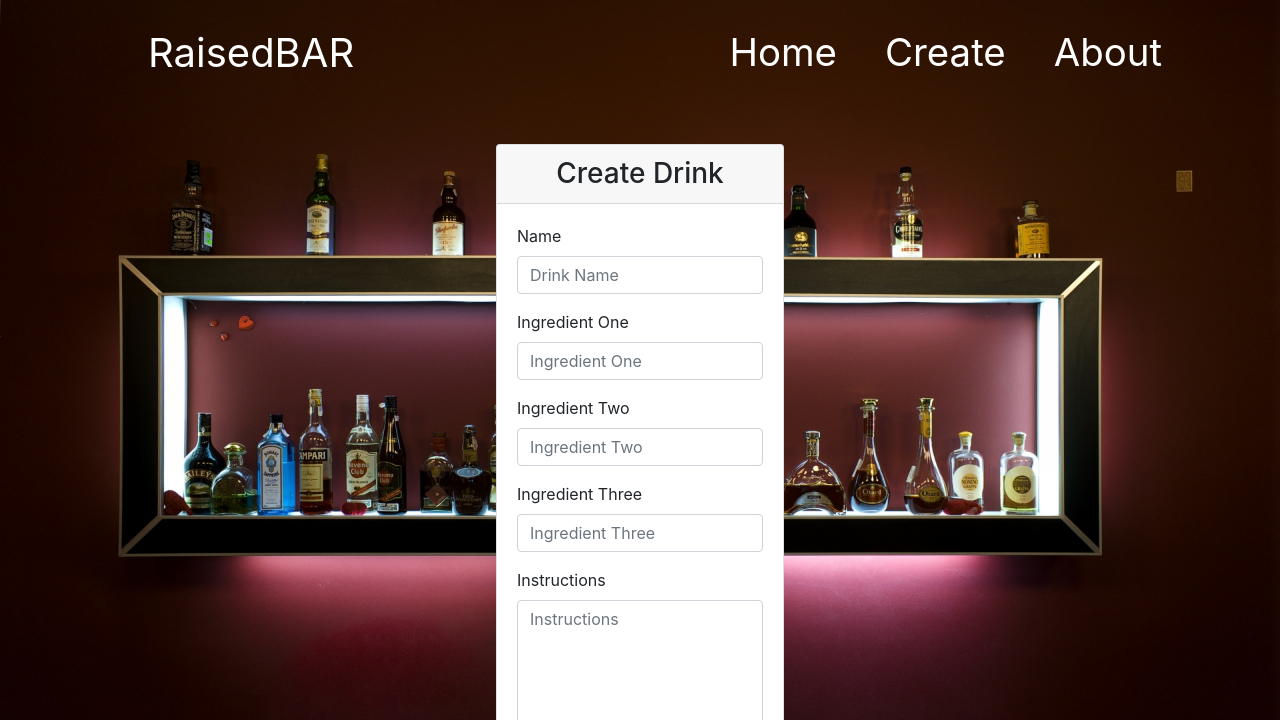
Repository: Ianodad/RaisedBar
Page: /create-drink
An editor plug-in stored every save of this project. The page is shown before and after the next save, followed by the edit.
The browser window is 1280 px wide. The pictures show the whole page.
The project was rebuilt for these pictures with package versions that can differ from the ones it lists, and the page was loaded fresh each time. Also part of the build but not shown: src/api/client.js, src/api/cocktaildb.js, src/component/Search/index.js, src/component/Common/Button/Button.js, src/pages/Home.css, src/component/Common/showCard/Card.css, src/component/Common/showCard/Card.js, src/component/CollectionView/index.js and 4 more.

Above is the page before, as saved 2021-02-02 09:35:23.

### src/index.js
import React from 'react';
import ReactDOM from 'react-dom';
import App from './App';
import reportWebVitals from './reportWebVitals';

import { BrowserRouter } from "react-router-dom";
// import 'bootstrap/dist/css/bootstrap.min.css';
import 'bootstrap/dist/css/bootstrap.min.css';




ReactDOM.render(
  <BrowserRouter>
    <App />
  </BrowserRouter>,
  document.getElementById('root')
);

// If you want to start measuring performance in your app, pass a function
// to log results (for example: reportWebVitals(console.log))
// or send to an analytics endpoint. Learn more: https://bit.ly/CRA-vitals
reportWebVitals();

### src/App.js
import {Route, Switch, Redirect } from "react-router-dom";
import React, { Component } from "react";

import Home from "./pages/Home";
import Details from "./pages/Details";
import CreateDrink from "./pages/CreateDrink";
import SearchPage from "./pages/SearchPage";


import NotFound from "./pages/NotFound";
import Navbar from "./component/Navbar";


class App extends Component {
  render() {
    return (
      <React.Fragment>
       {/* <Navbar/> */}
        <Switch>
					<Route path='/' exact component={Home} />
					<Route exact path='/details/:id' component={Details}/>
          <Route exact path='/create-drink' component={CreateDrink}/>
          <Route exact path='/search' component={SearchPage}/>
					<Route path='/notFound' component={NotFound} />
					<Redirect to='/notFound' />
				</Switch>
     </React.Fragment>
    )
  }
}

export default App

### src/pages/CreateDrink.js
import React, { Component } from "react";
import Layout from "../component/Layout/index";
import { Formik } from "formik";
import firebase from '../firebase'
import nextId from "react-id-generator";


import * as Yup from 'yup';


const validationSchema = Yup.object().shape({
  drinkName : Yup.string()
    .required()
    .email("well that's not an email")

});

class CreateDrink extends Component {

  componentDidMount = async()=>{

    return firebase.firestore().collection("Cocktail")
      .doc("DrinksCreated")
      .set({
        timecreate: firebase.firestore.FieldValue.serverTimestamp(),
        drinkName:'coke',
        ingredient1: "water",
        ingredient2: 'ice',
        ingredient3: "sugar",
        instructions:"mix all together"
      })
      .then(function () {
        console.log("Document successfully written!");
      })
      .catch(function (error) {
        console.error("Error writing document: ", error);
      });

  }

    handleCreateDrink = ({drinkName, ingredient1, ingredient2, ingredient3, instructions}) => {
      console.log(drinkName, ingredient1, ingredient2, ingredient3, instructions)
     return firebase.firestore().collection("Cocktail")
      .doc(drinkName)
      .set({
        idDrink:  nextId(),
        timeCreate: firebase.firestore.FieldValue.serverTimestamp(),
        drinkName: drinkName,
        ingredient1: ingredient1,
        ingredient2: ingredient2,
        ingredient3: ingredient3,
        instructions: instructions
      })
      .then(function () {
        console.log("Document successfully written!");
        window.location = "/";
      })
      .catch(function (error) {
        console.error("Error writing document: ", error);
      });

    };
  render() {
    return (
      <Layout className="container-fluid h-100">
        <div
          className="card card-outline-secondary mx-auto"
          style={{ top: "20%", width:"18em" }}
        >
          <div className="card-header">
            <h3 className="mb-0 text-center">Create Drink</h3>
          </div>
          <div className="card-body mx-auto" >
            <Formik
              initialValues={{
                drinkName: "",
                ingredient1: "",
                ingredient2: "",
                ingredient3: "",
                file:"",
                instructions: "",
              }}
              validate={this.validationSchema}
              onSubmit={(values) => {
                this.handleCreateDrink(values);
              }}
            >
              {({
                values,
                handleChange,
                handleBlur,
                handleSubmit,
                isSubmitting,
              }) => (
                <form
                  className="form"
                  role="form"
                  autoComplete="off"
                  onSubmit={handleSubmit}
                >
                  <div className="form-group">
                    <label htmlFor="inputName">Name</label>
                    <input
                      type="text"
                      name="drinkName"
                      onChange={handleChange("drinkName")}
                      onBlur={handleBlur}
                      // value={values.drinkName}
                      className="form-control"
                      id="drinkName"
                      placeholder="Drink Name"
                    />
                  </div>
                  <div className="form-group">
                    <label htmlFor="ingredient1">Ingredient One</label>
                    <input
                      type="text"
                      className="form-control"
                      onChange={handleChange("ingredient1")}
                      // value={values.ingredient1}
                      onBlur={handleBlur}
                      id="ingredient1"
                      placeholder="Ingredient One"
                      required
                    />
                  </div>
                  <div className="form-group">
                    <label htmlFor="ingredient2">Ingredient Two</label>
                    <input
                      type="text"
                      className="form-control"
                      // value={values.ingredient2}
                      onChange={handleChange("ingredient2")}
                      onBlur={handleBlur}
                      id="ingredient2"
                      placeholder="Ingredient Two"
                      required
                    />
                  </div>
                  <div className="form-group">
                    <label htmlFor="ingredient3">Ingredient Three</label>
                    <input
                      type="text"
                      className="form-control"
                      // value={values.ingredient3}
                      onChange={handleChange("ingredient3")}
                      onBlur={handleBlur}
                      id="ingredient3"
                      placeholder="Ingredient Three"
                      required
                    />
                  </div>
                  {/* <div className="form-group">
                    <label for="file">File upload</label>
                    <input
                      id="file"
                      name="file"
                      type="file"
                      onChange={handleChange("file")}
                      className="form-control"
                    />
                  </div> */}
                  <div className="form-group">
                    <label htmlFor="instructions">Instructions</label>
                    <textarea
                      type="text"
                      className="form-control"
                      // value={values.instructions}
                      onChange={handleChange("instructions")}
                      id="instructions"
                      placeholder="Instructions"
                      rows="5"
                      required
                    />
                  </div>
                  <div className="form-group">
                    <button
                      type="submit"
                      className="btn btn-success btn-lg mx-auto"
                    >
                      Create Drink
                    </button>
                  </div>
                </form>
              )}
            </Formik>
          </div>
        </div>
      </Layout>
    );
  }
}

export default CreateDrink;

### src/component/Navbar/index.js
import React, { Component } from 'react'
import { NavLink } from "react-router-dom";

import "./Navbar.css";




class index extends Component {
    render() {
        return (
          <nav className="nav">
            <div className="container">
              <div className="logo">
                <a href="#" style={{color:"white"}}>RaisedBAR</a>
              </div>
              <div id="mainListDiv" className="main_list">
                <ul className="navlinks">
                  <li>
                    <NavLink active to="/">
                        Home
                    </NavLink>
                  </li>
                  <li>
                    <NavLink to="/create-drink">
                        Create
                    </NavLink>
                  </li>
                  <li>
                    <NavLink to="/about">
                       About
                    </NavLink>
                  </li>
                </ul>
              </div>
              <span className="navTrigger">
                <i />
                <i />
                <i />
              </span>
            </div>
          </nav>
        );
    }
}

export default index

### src/component/Layout/index.js
import React, { Component } from 'react'
import "./Layout.css";
import Navbar from "../Navbar";


class index extends Component {
    render() {
        const {className, style, }= this.props
        return (
            <div className={className} style={{style}} id="main-body">
                <Navbar/>
                {this.props.children}
            </div>
        )
    }
}

export default index

### src/firebase.js
import firebase from 'firebase'

import 'firebase/firestore'

const firebaseConfig = {
    apiKey: process.env.REACT_APP_FIREBASE_API_KEY,
    authDomain: process.env.REACT_APP_FIREBASE_AUTH_DOMAIN,
    projectId: process.env.REACT_APP_FIREBASE_PROJECT_ID,
    storageBucket: process.env.REACT_APP_FIREBASE_STORAGE_BUCKET,
    messagingSenderId: process.env.REACT_APP_FIREBASE_MASSAGING_SENDER_ID,
    appId: process.env.REACT_APP_FIREBASE_APP_ID,
    measurementId: process.env.REACT_APP_FIREBASE_MEASUREMENT_ID
  };


firebase.initializeApp(firebaseConfig);

export default firebase;

### src/component/Navbar/Navbar.css
@import url('https://fonts.googleapis.com/css?family=Quicksand:400,500,700');

.nav {
    width: 100%;
    height: 65px;
    position: fixed;
    line-height: 65px;
    text-align: center;
}

.nav div.logo {
    float: left;
    width: auto;
    height: auto;
    padding-left: 3rem;
}

.nav div.logo a {
    text-decoration: none;
    color: black;
    font-size: 2.5rem;
}

.nav div.logo a:hover {
    color: #e61b00;
}

.nav div.main_list {
    height: 65px;
    float: right;
}

.nav div.main_list ul {
    width: 100%;
    height: 65px;
    display: flex;
    list-style: none;
    margin: 0;
    padding: 0;
}

.nav div.main_list ul li {
    width: auto;
    height: 65px;
    padding: 0;
    padding-right: 3rem;
}

.nav div.main_list ul li a {
    text-decoration: none;
    color: rgb(255, 255, 255);
    line-height: 65px;
    font-size: 2.4rem;
}

.nav div.main_list ul li a:hover {
    color: #e62300;
}


.navTrigger {
    display: none;
}

.nav {
    padding-top: 20px;
    padding-bottom: 20px;
    -webkit-transition: all 0.4s ease;
    transition: all 0.4s ease;
}


/* Media qurey section */


@media screen and (max-width:768px) {
    .navTrigger {
        display: block;
    }
    .nav div.logo {
        margin-left: 15px;
    }
    .nav div.main_list {
        width: 100%;
        height: 0;
        overflow: hidden;
    }
    .nav div.show_list {
        height: auto;
        display: none;
    }
    .nav div.main_list ul {
        flex-direction: column;
        width: 100%;
        height: 100vh;
        right: 0;
        left: 0;
        bottom: 0;
        background-color: #111;
        /*same background color of navbar*/
        background-position: center top;
    }
    .nav div.main_list ul li {
        width: 100%;
        text-align: right;
    }
    .nav div.main_list ul li a {
        text-align: center;
        width: 100%;
        font-size: 3rem;
        padding: 20px;
    }
    .nav div.media_button {
        display: block;
    }
}


/* Animation */

.navTrigger {
    cursor: pointer;
    width: 30px;
    height: 25px;
    margin: auto;
    position: absolute;
    right: 30px;
    top: 0;
    bottom: 0;
}

.navTrigger i {
    background-color: #fff;
    border-radius: 2px;
    content: '';
    display: block;
    width: 100%;
    height: 4px;
}

.navTrigger i:nth-child(1) {
    -webkit-animation: outT 0.8s backwards;
    animation: outT 0.8s backwards;
    -webkit-animation-direction: reverse;
    animation-direction: reverse;
}

.navTrigger i:nth-child(2) {
    margin: 5px 0;
    -webkit-animation: outM 0.8s backwards;
    animation: outM 0.8s backwards;
    -webkit-animation-direction: reverse;
    animation-direction: reverse;
}

.navTrigger i:nth-child(3) {
    -webkit-animation: outBtm 0.8s backwards;
    animation: outBtm 0.8s backwards;
    -webkit-animation-direction: reverse;
    animation-direction: reverse;
}

.navTrigger.active i:nth-child(1) {
    -webkit-animation: inT 0.8s forwards;
    animation: inT 0.8s forwards;
}

.navTrigger.active i:nth-child(2) {
    -webkit-animation: inM 0.8s forwards;
    animation: inM 0.8s forwards;
}

.navTrigger.active i:nth-child(3) {
    -webkit-animation: inBtm 0.8s forwards;
    animation: inBtm 0.8s forwards;
}

@-webkit-keyframes inM {
    50% {
        -webkit-transform: rotate(0deg);
    }
    100% {
        -webkit-transform: rotate(45deg);
    }
}

@keyframes inM {
    50% {
        transform: rotate(0deg);
    }
    100% {
        transform: rotate(45deg);
    }
}

@-webkit-keyframes outM {
    50% {
        -webkit-transform: rotate(0deg);
    }
    100% {
        -webkit-transform: rotate(45deg);
    }
}

@keyframes outM {
    50% {
        transform: rotate(0deg);
    }
    100% {
        transform: rotate(45deg);
    }
}

@-webkit-keyframes inT {
    0% {
        -webkit-transform: translateY(0px) rotate(0deg);
    }
    50% {
        -webkit-transform: translateY(9px) rotate(0deg);
    }
    100% {
        -webkit-transform: translateY(9px) rotate(135deg);
    }
}

@keyframes inT {
    0% {
        transform: translateY(0px) rotate(0deg);
    }
    50% {
        transform: translateY(9px) rotate(0deg);
    }
    100% {
        transform: translateY(9px) rotate(135deg);
    }
}

@-webkit-keyframes outT {
    0% {
        -webkit-transform: translateY(0px) rotate(0deg);
    }
    50% {
        -webkit-transform: translateY(9px) rotate(0deg);
    }
    100% {
        -webkit-transform: translateY(9px) rotate(135deg);
    }
}

@keyframes outT {
    0% {
        transform: translateY(0px) rotate(0deg);
    }
    50% {
        transform: translateY(9px) rotate(0deg);
    }
    100% {
        transform: translateY(9px) rotate(135deg);
    }
}

@-webkit-keyframes inBtm {
    0% {
        -webkit-transform: translateY(0px) rotate(0deg);
    }
    50% {
        -webkit-transform: translateY(-9px) rotate(0deg);
    }
    100% {
        -webkit-transform: translateY(-9px) rotate(135deg);
    }
}

@keyframes inBtm {
    0% {
        transform: translateY(0px) rotate(0deg);
    }
    50% {
        transform: translateY(-9px) rotate(0deg);
    }
    100% {
        transform: translateY(-9px) rotate(135deg);
    }
}

@-webkit-keyframes outBtm {
    0% {
        -webkit-transform: translateY(0px) rotate(0deg);
    }
    50% {
        -webkit-transform: translateY(-9px) rotate(0deg);
    }
    100% {
        -webkit-transform: translateY(-9px) rotate(135deg);
    }
}

@keyframes outBtm {
    0% {
        transform: translateY(0px) rotate(0deg);
    }
    50% {
        transform: translateY(-9px) rotate(0deg);
    }
    100% {
        transform: translateY(-9px) rotate(135deg);
    }
}

### src/component/Layout/Layout.css
body,
html {
  height: 100%;
  width: 100%;
  margin: 0;
  padding: 0;
  /* background: #e74c3c !important; */
}


#main-body{
    background-image: url("../../img/main_background.jpg");
    background-repeat: no-repeat;
    background-size: cover;
    background-position: center;
    height: 100%;
    width: 100%;
    position: fixed;
}

### src/component/Search/Search.css
body,
html {
  height: 100%;
  width: 100%;
  margin: 0;
  padding: 0;
  background: #e74c3c !important;
}

.searchbar {
  margin-bottom: auto;
  margin-top: auto;
  height: 60px;
  background-color: #353b48;
  border-radius: 30px;
  padding: 10px;
}

.search_input {
  color: white;
  border: 0;
  outline: 0;
  background: none;
  width: 0;
  caret-color: transparent;
  line-height: 40px;
  transition: width 0.4s linear;
}

.searchbar:hover > .search_input {
  padding: 0 10px;
  width: 450px;
  caret-color: red;
  transition: width 0.4s linear;
}

.searchbar:hover > .search_icon {
  background: white;
  color: #e74c3c;
}

.search_icon {
  height: 40px;
  width: 40px;
  float: right;
  display: flex;
  justify-content: center;
  align-items: center;
  border-radius: 50%;
  color: white;
  text-decoration: none;
}

### src/component/Common/Button/button.css
@import url('https://fonts.googleapis.com/css?family=Mukta:700');
 * {
	 box-sizing: border-box;
}
 *::before, *::after {
	 box-sizing: border-box;
}
 body {
	 font-family: 'Mukta', sans-serif;
	 /* font-size: 1rem;
	 line-height: 1.5;
	 display: flex;
	 align-items: center;
	 justify-content: center;
	 margin: 0;
	 min-height: 100vh;
	 background: #f3f8fa; */
}
 button {
	 position: relative;
	 display: inline-block;
	 cursor: pointer;
	 outline: none;
	 border: 0;
	 vertical-align: middle;
	 text-decoration: none;
	 background: transparent;
	 padding: 0;
	 font-size: inherit;
	 font-family: inherit;
}
 button.learn-more {
	 width: 12rem;
	 height: auto;
}
 button.learn-more .circle {
	 transition: all 0.45s cubic-bezier(0.65, 0, 0.076, 1);
	 position: relative;
	 display: block;
	 margin: 0;
	 width: 3rem;
	 height: 3rem;
	 background: #282936;
	 border-radius: 1.625rem;
}
 button.learn-more .circle .icon {
	 transition: all 0.45s cubic-bezier(0.65, 0, 0.076, 1);
	 position: absolute;
	 top: 0;
	 bottom: 0;
	 margin: auto;
	 background: #fff;
}
 button.learn-more .circle .icon.arrow {
	 transition: all 0.45s cubic-bezier(0.65, 0, 0.076, 1);
	 left: 0.625rem;
	 width: 1.125rem;
	 height: 0.125rem;
	 background: none;
}
 button.learn-more .circle .icon.arrow::before {
	 position: absolute;
	 content: '';
	 top: -0.25rem;
	 right: 0.0625rem;
	 width: 0.625rem;
	 height: 0.625rem;
	 border-top: 0.125rem solid #fff;
	 border-right: 0.125rem solid #fff;
	 transform: rotate(45deg);
}
 button.learn-more .button-text {
	 transition: all 0.45s cubic-bezier(0.65, 0, 0.076, 1);
	 position: absolute;
	 top: 0;
	 left: 0;
	 right: 0;
	 bottom: 0;
	 padding: 0.75rem 0;
	 margin: 0 0 0 1.85rem;
	 color: #282936;
	 font-weight: 700;
	 line-height: 1.6;
	 text-align: center;
	 text-transform: uppercase;
}
 button:hover .circle {
	 width: 100%;
}
 button:hover .circle .icon.arrow {
	 background: #fff;
	 transform: translate(1rem, 0);
}
 button:hover .button-text {
	 color: #fff;
}
 @supports (display: grid) {
	 /* body {
		 display: grid;
		 grid-template-columns: repeat(4, 1fr);
		 grid-gap: 0.625rem;
		 grid-template-areas: ". main main ." ". main main .";
	} */
	 #container {
		 grid-area: main;
		 align-self: center;
		 justify-self: center;
	}
}

Loaded but not shown: public/index.html (common file); src/reportWebVitals.js (common file)

After the next save:
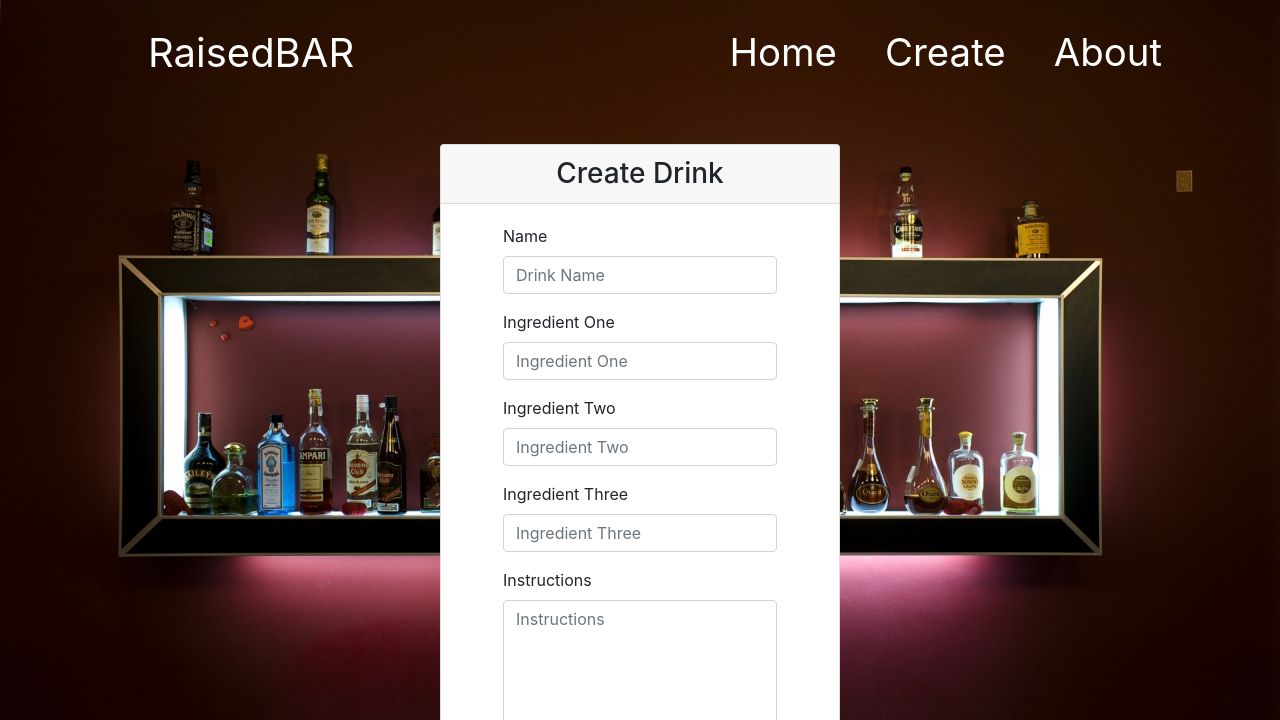
Saved 19 s later.
--- a/src/pages/CreateDrink.js
+++ b/src/pages/CreateDrink.js
@@ -65,7 +65,7 @@ class CreateDrink extends Component {
       <Layout className="container-fluid h-100">
         <div
           className="card card-outline-secondary mx-auto"
-          style={{ top: "20%", width:"18em" }}
+          style={{ top: "20%", width:"25em" }}
         >
           <div className="card-header">
             <h3 className="mb-0 text-center">Create Drink</h3>
